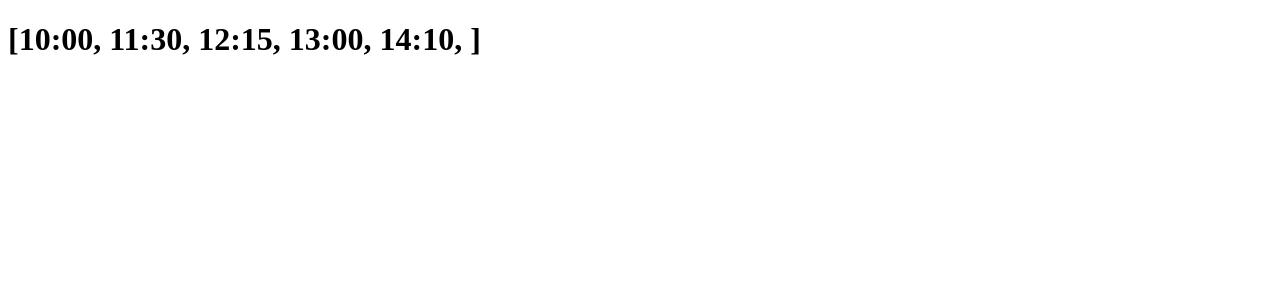
Repository: tsydikov/react_test_task_part2
Page: /
These files come from the project's save history. The page is drawn as it stood at one moment and after the next save; the edit follows.
The browser window is 1280 px wide. The pictures show the whole page.
The project was rebuilt for these pictures with package versions that can differ from the ones it lists, and the page was loaded fresh each time.

Above is the page before, as saved 2021-09-02 01:56:44.

### public/index.html
<!DOCTYPE html>
<html lang="en">
  <head>
    <meta charset="utf-8" />
    <meta name="viewport" content="width=device-width, initial-scale=1" />
    <meta
      name="description"
      content="Web site created using create-react-app"
    />
    <title>Task part 2</title>
  </head>
  <body>
    <div id="root"></div>

  </body>
</html>

### src/App.js
import React, { useEffect, useState } from 'react'
import GetFetchData from './API/GetFetchData';
import { calculateWorkingIntervals } from './function';

function App() {
  const [workingIntervals,setWorkingIntervals] = useState([])
  useEffect(()=>{
    setWorkingIntervals(calculateWorkingIntervals(data))
  },[])
  //   async function getFetchData() {
  //     const data = await GetFetchData.get()
  //     // console.log(data)
  // }
  const data = {
    "start": "10:00",
    "appointments": [
      {
        "start": "10:45",
        "duration": 45
      },
      {
        "start": "13:50",
        "duration": 20
      }
    ],
    "end": "15:00"
  }

  return (
    <div className="App">
      <h1>[{workingIntervals.map(interval =>
        interval+', ' )}]</h1>
    </div>
  );
}

export default App;

### src/API/GetFetchData.js
import { URL } from "./config"


export default class GetFetchData {
    static async get() {
        try {
            const response = await fetch(URL, {
                method: 'GET',
                credentials: 'omit',
                headers: {
                    Authorization: 'Bearer token',
                    'Content-Type': 'application/json'
                },
                referrerPolicy: 'no-referrer'
            })
            console.log(response)
            const data = await response.json()

            return data
        } catch (e) {
            console.log(e)
        }
    }
}

### src/function/index.js
// функция для перевода строчных значений в числовые
function stringToArray(time) {
    let StringToArray = [
      Number(time.slice(0, time.indexOf(':'))),
      Number(time.slice(time.indexOf(':') + 1, time.length))
    ]
    return StringToArray;
  }

  export function calculateWorkingIntervals(data){
    let workingIntervals = [data.start]
    let appointments = []
    let startWork = stringToArray(data.start)
    let endWork = stringToArray(data.end)
    for (let i = 0; i < data.appointments.length; i++) {
      appointments.push(stringToArray(data.appointments[i].start))
    }
    let numberOfAppointment = 0
     // начинаем перебирать значения времени с шагом 45 минут
    for (let i = startWork[1]; startWork[0] < endWork[0]; i = i + 45) {
      // проверка наличия совещания
      let diference = Math.abs(Math.abs(startWork[0]-appointments[numberOfAppointment][0])* 60 + (appointments[numberOfAppointment][1] - startWork[1]))
      if (diference<= 90) {
        startWork[0]=appointments[numberOfAppointment][0]
        i=appointments[numberOfAppointment][1]
        i=i+data.appointments[numberOfAppointment].duration
        if (numberOfAppointment<(data.appointments.length-1)) {numberOfAppointment=numberOfAppointment+1}
      }
      // перебор масива
      if (i >= 60) {
        i = i - 60
        startWork[0] = startWork[0] + 1
        startWork[1] = i
      } else {
        startWork[1] = i
      }
      if (startWork[0] >= endWork[0] || (((endWork[0] - startWork[0]) === 1 )&& ((60-i)<45))) {
        console.log(workingIntervals)
        return workingIntervals;
      }
      // наращивание масива результатов
      if (startWork[1] === 0) {
        workingIntervals.push(startWork[0] + ':' + '00')
      } else {
        workingIntervals.push(startWork[0] + ':' + startWork[1])
      }
    }
}

### src/API/config.js
export const URL = 'https://www.dropbox.com/s/18qqozhh34rbzxl/doctorsSchedule.json?dl=0'

Loaded but not shown: src/index.js (common file)

After the next save:
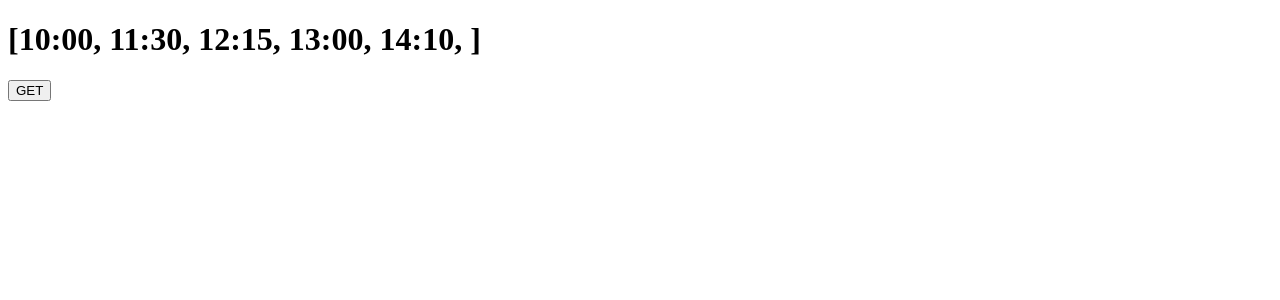
Saved 7 h 3 min later.
--- a/src/App.js
+++ b/src/App.js
@@ -7,10 +7,10 @@
   useEffect(()=>{
     setWorkingIntervals(calculateWorkingIntervals(data))
   },[])
-  //   async function getFetchData() {
-  //     const data = await GetFetchData.get()
-  //     // console.log(data)
-  // }
+    async function getFetchData() {
+      const fetched = await GetFetchData.get()
+      console.log(fetched)
+  }
   const data = {
     "start": "10:00",
     "appointments": [
@@ -30,6 +30,7 @@
     <div className="App">
       <h1>[{workingIntervals.map(interval =>
         interval+', ' )}]</h1>
+        <button onClick={getFetchData}>GET</button>
     </div>
   );
 }
